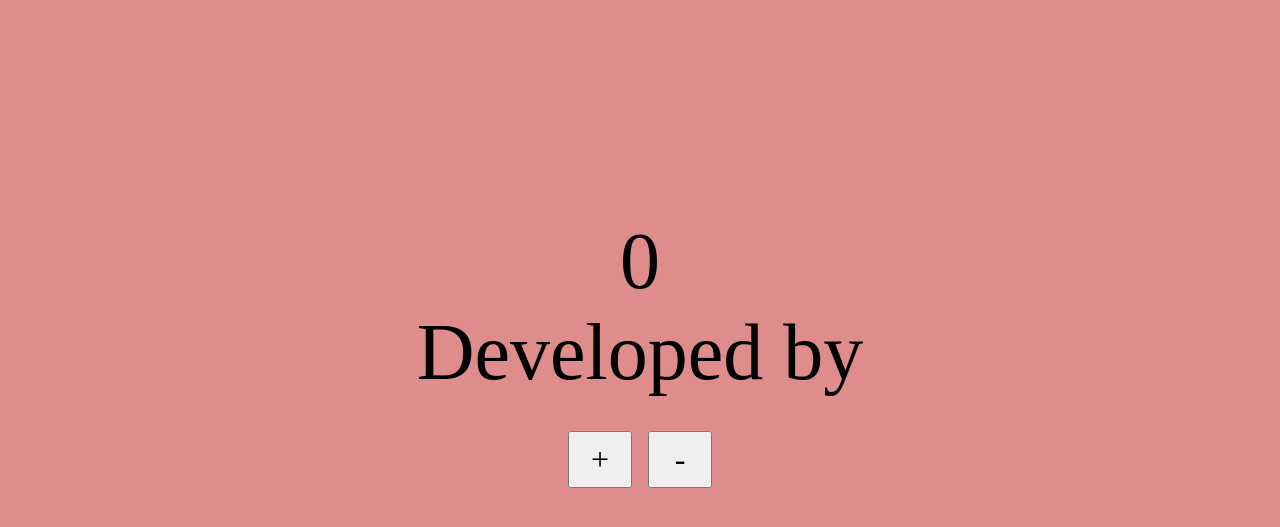
Repository: nasimqureshi/counter-in-redux
Page: /
An editor plug-in stored every save of this project. The page is shown before and after the next save, followed by the edit.
The browser window is 1280 px wide. The pictures show the whole page.
The project was rebuilt for these pictures with package versions that can differ from the ones it lists, and the page was loaded fresh each time.

Above is the page before, as saved 2024-10-16 22:58:15.

After the next save:
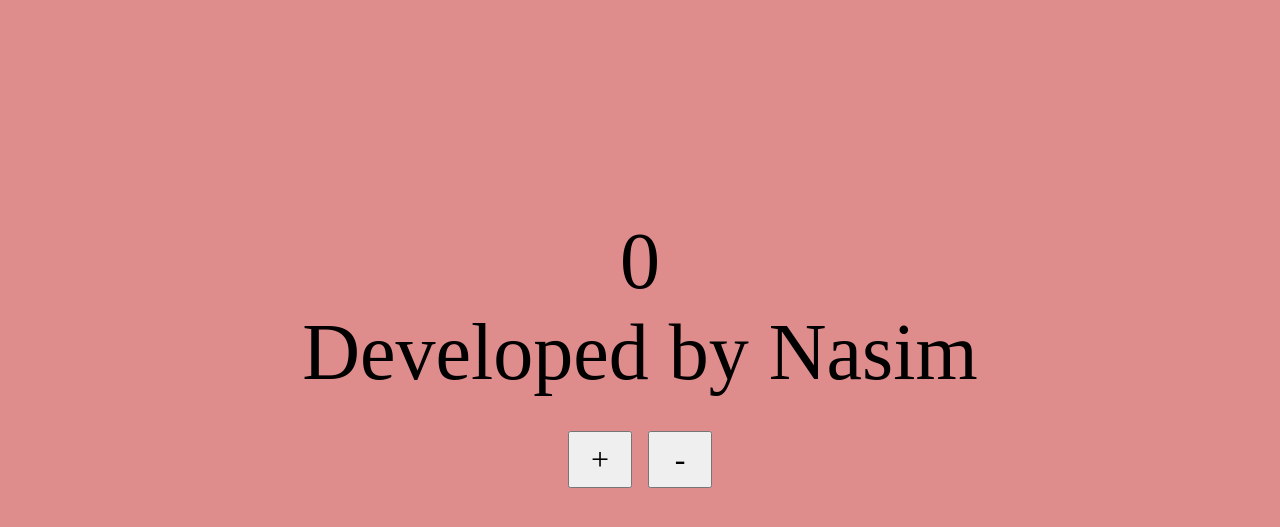
Saved 4 s later.
--- a/src/features/counter/Counter.js
+++ b/src/features/counter/Counter.js
@@ -9,7 +9,7 @@ const Counter = () => {
   return (
     <section>
       <p>{count}</p>
-      <p>Developed by </p>
+      <p>Developed by Nasim</p>
       <div>
         <button onClick={()=> dispatch(increment())}>+</button>
         <button onClick={()=> dispatch(decrement())}>-</button>
